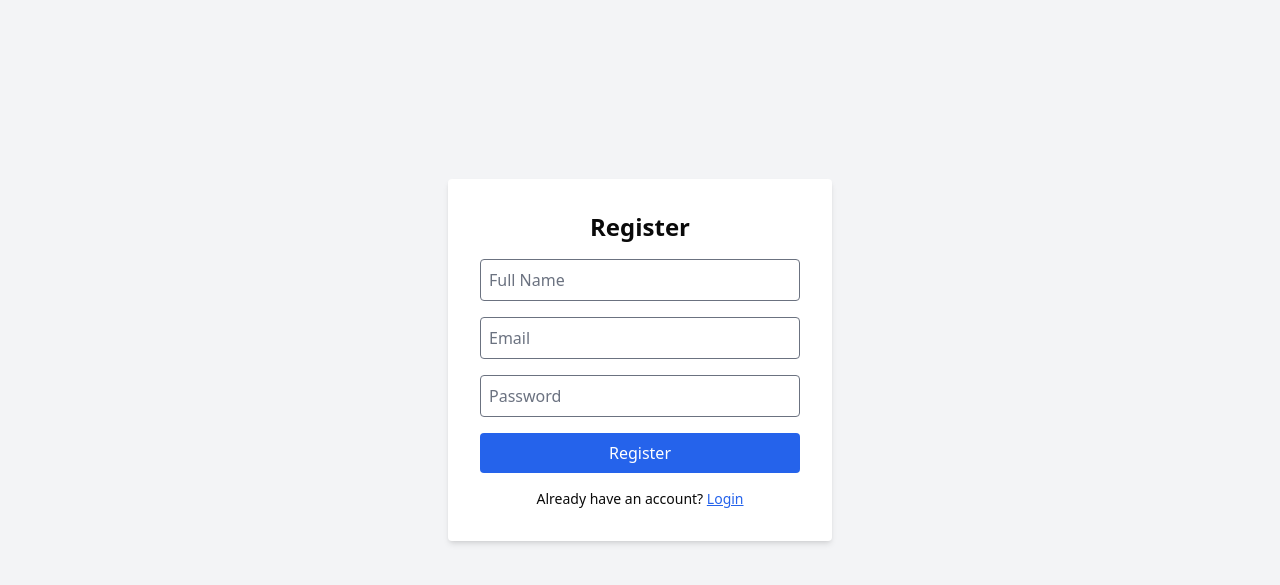
Repository: ruthvik-mt/Trackifi
Page: /register (app in frontend/)
The author's editor kept a copy of each file at every save. The page is drawn from the files as they stood at one save, then again after the next save.
The browser window is 1280 px wide. The pictures show the whole page.
The project was rebuilt for these pictures with package versions that can differ from the ones it lists, and the page was loaded fresh each time. Also part of the build but not shown: frontend/vite.config.ts, frontend/src/hooks/useAuth.ts, frontend/src/pages/Auth/Login.tsx, frontend/src/components/Sidebar.tsx, frontend/src/components/Navbar.tsx, frontend/src/pages/Dashboard/Layout.tsx, frontend/src/pages/Dashboard/Dashboard.tsx, frontend/src/pages/Categories/CategoryForm.tsx and 21 more.

Above is the page before, as saved 2025-07-14 14:38:49.

### frontend/index.html
<!DOCTYPE html>
<html lang="en">
  <head>
    <meta charset="UTF-8" />
    <title>Finance Tracker</title>
  </head>
  <body>
    <div id="root"></div>
    <script type="module" src="/src/main.tsx"></script>
  </body>
</html>

### frontend/src/main.tsx
// import React from "react";
// import ReactDOM from "react-dom/client";
// import App from "./App";
// import "./tailwind.css";

// import { BrowserRouter as Router } from "react-router-dom";
// import { AuthProvider } from "./context/AuthProvider";

// ReactDOM.createRoot(document.getElementById("root")!).render(
//   <React.StrictMode>
//     <Router>
//       <AuthProvider>
//         <App />
//       </AuthProvider>
//     </Router>
//   </React.StrictMode>
// );

import React from "react";
import ReactDOM from "react-dom/client";
import App from "./App";
import "./tailwind.css";
import { AuthProvider } from "./context/AuthProvider";
import { BrowserRouter as Router } from "react-router-dom"; // ✅ Add this

ReactDOM.createRoot(document.getElementById("root")!).render(
  <React.StrictMode>
    <Router> {/* ✅ Wrap everything with Router */}
      <AuthProvider>
        <App />
      </AuthProvider>
    </Router>
  </React.StrictMode>
);

### frontend/src/App.tsx
import { Routes, Route, Navigate } from "react-router-dom";
import Login from "./pages/Auth/Login";
import Register from "./pages/Auth/Register";
import Dashboard from "./pages/Dashboard/Dashboard";
import CategoryList from "./pages/Categories/CategoryList";
import TransactionList from "./pages/Transactions/TransactionList";
import BudgetList from "./pages/Budgets/BudgetList";
import MonthlyTotal from "./pages/Insights/MonthlyTotal";
import CategoryBreakdown from "./pages/Insights/CategoryBreakdown";
import BudgetComparison from "./pages/Insights/BudgetComparison";
import ProtectedRoute from "./components/ProtectedRoute";
import LandingPage from "./pages/LandingPage"; // ✅ Add this import

export default function App() {
  return (
    <Routes>
      {/* Landing Page */}
      <Route path="/" element={<LandingPage />} /> {/* ✅ New route */}

      {/* Auth Routes */}
      <Route path="/login" element={<Login />} />
      <Route path="/register" element={<Register />} />

      {/* Protected Routes */}
      <Route
        path="/dashboard"
        element={
          <ProtectedRoute>
            <Dashboard />
          </ProtectedRoute>
        }
      />
      <Route
        path="/categories"
        element={
          <ProtectedRoute>
            <CategoryList />
          </ProtectedRoute>
        }
      />
      <Route
        path="/transactions"
        element={
          <ProtectedRoute>
            <TransactionList />
          </ProtectedRoute>
        }
      />
      <Route
        path="/budgets"
        element={
          <ProtectedRoute>
            <BudgetList />
          </ProtectedRoute>
        }
      />
      <Route
        path="/insights/monthly-total"
        element={
          <ProtectedRoute>
            <MonthlyTotal />
          </ProtectedRoute>
        }
      />
      <Route
        path="/insights/category-breakdown"
        element={
          <ProtectedRoute>
            <CategoryBreakdown />
          </ProtectedRoute>
        }
      />
      <Route
        path="/insights/budget-comparison"
        element={
          <ProtectedRoute>
            <BudgetComparison />
          </ProtectedRoute>
        }
      />

      {/* Fallback Route */}
      <Route path="*" element={<Navigate to="/" />} /> {/* ✅ Updated from "/login" to "/" */}
    </Routes>
  );
}

### frontend/src/tailwind.css
@tailwind base;
@tailwind components;
@tailwind utilities;

@layer base {
  :root {
    --background: 0 0% 100%;
    --foreground: 0 0% 3.9%;
    --card: 0 0% 100%;
    --card-foreground: 0 0% 3.9%;
    --popover: 0 0% 100%;
    --popover-foreground: 0 0% 3.9%;
    --primary: 0 0% 9%;
    --primary-foreground: 0 0% 98%;
    --secondary: 0 0% 96.1%;
    --secondary-foreground: 0 0% 9%;
    --muted: 0 0% 96.1%;
    --muted-foreground: 0 0% 45.1%;
    --accent: 0 0% 96.1%;
    --accent-foreground: 0 0% 9%;
    --destructive: 0 84.2% 60.2%;
    --destructive-foreground: 0 0% 98%;
    --border: 0 0% 89.8%;
    --input: 0 0% 89.8%;
    --ring: 0 0% 3.9%;
    --chart-1: 12 76% 61%;
    --chart-2: 173 58% 39%;
    --chart-3: 197 37% 24%;
    --chart-4: 43 74% 66%;
    --chart-5: 27 87% 67%;
    --radius: 0.5rem;
  }

  .dark {
    --background: 0 0% 3.9%;
    --foreground: 0 0% 98%;
    --card: 0 0% 3.9%;
    --card-foreground: 0 0% 98%;
    --popover: 0 0% 3.9%;
    --popover-foreground: 0 0% 98%;
    --primary: 0 0% 98%;
    --primary-foreground: 0 0% 9%;
    --secondary: 0 0% 14.9%;
    --secondary-foreground: 0 0% 98%;
    --muted: 0 0% 14.9%;
    --muted-foreground: 0 0% 63.9%;
    --accent: 0 0% 14.9%;
    --accent-foreground: 0 0% 98%;
    --destructive: 0 62.8% 30.6%;
    --destructive-foreground: 0 0% 98%;
    --border: 0 0% 14.9%;
    --input: 0 0% 14.9%;
    --ring: 0 0% 83.1%;
    --chart-1: 220 70% 50%;
    --chart-2: 160 60% 45%;
    --chart-3: 30 80% 55%;
    --chart-4: 280 65% 60%;
    --chart-5: 340 75% 55%;
  }
}

@layer base {
  * {
    @apply border-border;
  }

  html, body {
    @apply bg-background text-foreground antialiased;
    min-height: 100%;
  }
}

### frontend/src/context/AuthProvider.tsx
// import { ReactNode, useCallback, useEffect, useState } from "react";
// import { AuthContext } from "./AuthContext";
// import { User } from "@/types/Auth";
// import { getCurrentUser } from "@/api/user";
// import { useNavigate } from "react-router-dom";

// interface Props {
//   children: ReactNode;
// }

// export const AuthProvider = ({ children }: Props) => {
//   const [token, setToken] = useState<string | null>(() =>
//     localStorage.getItem("token")
//   );
//   const [user, setUser] = useState<User | null>(null);
//   const navigate = useNavigate();

//   const logout = useCallback(() => {
//     localStorage.removeItem("token");
//     setToken(null);
//     setUser(null);
//     navigate("/login");
//   }, [navigate]);

//   const fetchUser = useCallback(async () => {
//     try {
//       const userData = await getCurrentUser();
//       setUser(userData);
//     } catch (err) {
//       console.error("Failed to fetch user:", err);
//       logout();
//     }
//   }, [logout]);

//   const login = useCallback(
//     (newToken: string) => {
//       localStorage.setItem("token", newToken);
//       setToken(newToken);
//       fetchUser();
//     },
//     [fetchUser]
//   );

//   useEffect(() => {
//     if (token) {
//       fetchUser();
//     }
//   }, [token, fetchUser]);

//   return (
//     <AuthContext.Provider value={{ token, user, login, logout }}>
//       {children}
//     </AuthContext.Provider>
//   );
// };

import { useState, useEffect } from "react";
import { AuthContext } from "./AuthContext";
import axios from "../axios";

export const AuthProvider = ({ children }: { children: React.ReactNode }) => {
  const [token, setToken] = useState<string | null>(() => localStorage.getItem("token"));

  // Set Authorization header on load (if token exists)
  useEffect(() => {
    if (token) {
      axios.defaults.headers.common["Authorization"] = `Bearer ${token}`;
    }
  }, [token]);

  const login = async (email: string, password: string) => {
    const res = await axios.post("/api/auth/login", { email, password });
    const jwt = res.data.token;

    setToken(jwt);
    localStorage.setItem("token", jwt);
    axios.defaults.headers.common["Authorization"] = `Bearer ${jwt}`; // ✅ set globally
  };

  const logout = () => {
    setToken(null);
    localStorage.removeItem("token");
    delete axios.defaults.headers.common["Authorization"]; // ✅ remove on logout
  };

  return (
    <AuthContext.Provider value={{ token, login, logout }}>
      {children}
    </AuthContext.Provider>
  );
};

### frontend/src/pages/Auth/Register.tsx
// import { useState } from "react";
// import { register } from "@/api/auth";
// import { useNavigate } from "react-router-dom";
// import FormInput from "@/components/FormInput";
// import axios from "axios";

// const Register = () => {
//   const [fullName, setFullName] = useState(""); // ✅ Match backend field
//   const [email, setEmail] = useState("");
//   const [password, setPassword] = useState("");
//   const navigate = useNavigate();

//   const handleSubmit = async (e: React.FormEvent) => {
//     e.preventDefault();

//     try {
//       await register({ fullName, email, password }); // ✅ backend expects fullName
//       alert("Registration successful! Please log in.");
//       navigate("/login");
//     } catch (err: unknown) {
//       if (axios.isAxiosError(err)) {
//         alert(err.response?.data?.message || "Registration failed");
//       } else {
//         alert("Unexpected error occurred");
//       }
//       console.error("Registration error:", err);
//     }
//   };

//   return (
//     <div className="max-w-sm mx-auto mt-20 bg-white p-6 rounded shadow">
//       <h2 className="text-2xl font-bold mb-4">Register</h2>
//       <form onSubmit={handleSubmit}>
//         <FormInput label="Full Name" type="text" value={fullName} onChange={setFullName} />
//         <FormInput label="Email" type="email" value={email} onChange={setEmail} />
//         <FormInput label="Password" type="password" value={password} onChange={setPassword} />
//         <button
//           type="submit"
//           className="bg-green-600 text-white w-full py-2 rounded mt-4"
//         >
//           Register
//         </button>
//       </form>
//     </div>
//   );
// };

// export default Register;


import { useState } from "react";
import { useNavigate } from "react-router-dom";
import axios from "../../axios";

export default function Register() {
  const [fullName, setFullName] = useState("");
  const [email, setEmail] = useState("");
  const [password, setPassword] = useState("");
  const [error, setError] = useState("");
  const navigate = useNavigate();

  const handleSubmit = async (e: React.FormEvent) => {
    e.preventDefault();
    setError("");

    try {
      await axios.post("/api/auth/register", {
        fullName,  // ✅ this must match the backend DTO
        email,
        password,
      });
      navigate("/login");
    } catch {
      setError("Something went wrong. Try again.");
    }
  };

  return (
    <div className="min-h-screen flex items-center justify-center bg-gray-100">
      <form
        onSubmit={handleSubmit}
        className="bg-white p-8 rounded shadow-md w-full max-w-sm space-y-4"
      >
        <h2 className="text-2xl font-bold text-center">Register</h2>

        <input
          className="w-full p-2 border rounded"
          placeholder="Full Name"
          value={fullName}
          onChange={(e) => setFullName(e.target.value)}
          type="text"
          required
        />

        <input
          className="w-full p-2 border rounded"
          placeholder="Email"
          value={email}
          onChange={(e) => setEmail(e.target.value)}
          type="email"
          required
        />

        <input
          className="w-full p-2 border rounded"
          placeholder="Password"
          value={password}
          onChange={(e) => setPassword(e.target.value)}
          type="password"
          required
        />

        {error && <p className="text-red-500">{error}</p>}

        <button
          className="w-full bg-blue-600 text-white py-2 rounded hover:bg-blue-700"
          type="submit"
        >
          Register
        </button>

        <p className="text-sm text-center">
          Already have an account?{" "}
          <a href="/login" className="text-blue-600 underline">
            Login
          </a>
        </p>
      </form>
    </div>
  );
}

### frontend/src/context/AuthContext.tsx
// import { createContext } from "react";
// import { User } from "@/types/Auth";

// export interface AuthContextType {
//   token: string | null;
//   user: User | null;
//   login: (token: string) => void;
//   logout: () => void;
// }

// export const AuthContext = createContext<AuthContextType>({
//   token: null,
//   user: null,
//   login: () => {},
//   logout: () => {},
// });

// src/context/AuthContext.ts
import { createContext } from "react";

export interface AuthContextType {
  token: string | null;
  login: (email: string, password: string) => Promise<void>;
  logout: () => void;
}

export const AuthContext = createContext<AuthContextType>(
  {} as AuthContextType // ✅ Safe for use without null-checks
);

### frontend/src/axios.ts
// // src/axios.ts
// import axios from "axios";

// const axiosInstance = axios.create({
//   baseURL: "http://localhost:8080/api",
// });

// axiosInstance.interceptors.request.use((config) => {
//   const token = localStorage.getItem("token");
//   if (token && config.headers) {
//     config.headers.Authorization = `Bearer ${token}`;
//   }
//   return config;
// });

// export default axiosInstance;

// src/axios.ts
// src/axios.ts
import axios from "axios";

const instance = axios.create({
  baseURL: "", // <-- frontend sends /api/... and Vite handles the proxy
  headers: {
    "Content-Type": "application/json",
  },
});

instance.interceptors.request.use((config) => {
  const token = localStorage.getItem("token");
  if (token) {
    config.headers = config.headers || {};
    config.headers["Authorization"] = `Bearer ${token}`;
  }
  return config;
});

export default instance;

### frontend/tailwind.config.js
/** @type {import('tailwindcss').Config} */
module.exports = {
  darkMode: ["class"],

  content: [
    "./index.html",
    "./src/**/*.{js,ts,jsx,tsx}",
  ],

  theme: {
    container: {
      center: true,
      padding: "1rem",
      screens: {
        sm: "100%",
        md: "768px",
        lg: "1024px",
        xl: "1280px",
      },
    },

    extend: {
      borderRadius: {
        lg: 'var(--radius)',
        md: 'calc(var(--radius) - 2px)',
        sm: 'calc(var(--radius) - 4px)',
      },
      colors: {
        background: 'hsl(var(--background) / <alpha-value>)',
        foreground: 'hsl(var(--foreground) / <alpha-value>)',
        card: {
          DEFAULT: 'hsl(var(--card) / <alpha-value>)',
          foreground: 'hsl(var(--card-foreground) / <alpha-value>)'
        },
        popover: {
          DEFAULT: 'hsl(var(--popover) / <alpha-value>)',
          foreground: 'hsl(var(--popover-foreground) / <alpha-value>)'
        },
        primary: {
          DEFAULT: 'hsl(var(--primary) / <alpha-value>)',
          foreground: 'hsl(var(--primary-foreground) / <alpha-value>)'
        },
        secondary: {
          DEFAULT: 'hsl(var(--secondary) / <alpha-value>)',
          foreground: 'hsl(var(--secondary-foreground) / <alpha-value>)'
        },
        muted: {
          DEFAULT: 'hsl(var(--muted) / <alpha-value>)',
          foreground: 'hsl(var(--muted-foreground) / <alpha-value>)'
        },
        accent: {
          DEFAULT: 'hsl(var(--accent) / <alpha-value>)',
          foreground: 'hsl(var(--accent-foreground) / <alpha-value>)'
        },
        destructive: {
          DEFAULT: 'hsl(var(--destructive) / <alpha-value>)',
          foreground: 'hsl(var(--destructive-foreground) / <alpha-value>)'
        },
        border: 'hsl(var(--border) / <alpha-value>)',
        input: 'hsl(var(--input) / <alpha-value>)',
        ring: 'hsl(var(--ring) / <alpha-value>)',
        chart: {
          '1': 'hsl(var(--chart-1) / <alpha-value>)',
          '2': 'hsl(var(--chart-2) / <alpha-value>)',
          '3': 'hsl(var(--chart-3) / <alpha-value>)',
          '4': 'hsl(var(--chart-4) / <alpha-value>)',
          '5': 'hsl(var(--chart-5) / <alpha-value>)'
        }
      },
      screens: {
        xs: "480px",
        sm: "640px",
        md: "768px",
        lg: "1024px",
        xl: "1280px",
        "2xl": "1536px"
      }
    }
  },

  plugins: [
    require("tailwindcss-animate"),
    require("@tailwindcss/forms"),
    require("@tailwindcss/typography"),
  ],
};

After the next save:
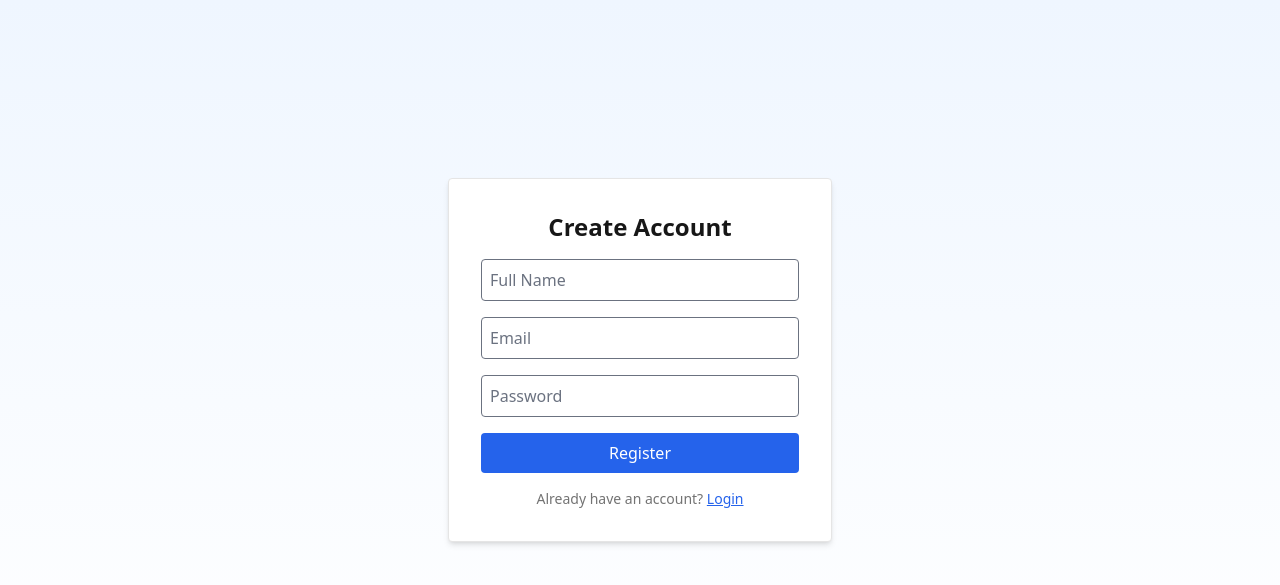
Saved 2 min 6 s later.
--- a/frontend/src/pages/Auth/Register.tsx
+++ b/frontend/src/pages/Auth/Register.tsx
@@ -1,56 +1,7 @@
-// import { useState } from "react";
-// import { register } from "@/api/auth";
-// import { useNavigate } from "react-router-dom";
-// import FormInput from "@/components/FormInput";
-// import axios from "axios";
-
-// const Register = () => {
-//   const [fullName, setFullName] = useState(""); // ✅ Match backend field
-//   const [email, setEmail] = useState("");
-//   const [password, setPassword] = useState("");
-//   const navigate = useNavigate();
-
-//   const handleSubmit = async (e: React.FormEvent) => {
-//     e.preventDefault();
-
-//     try {
-//       await register({ fullName, email, password }); // ✅ backend expects fullName
-//       alert("Registration successful! Please log in.");
-//       navigate("/login");
-//     } catch (err: unknown) {
-//       if (axios.isAxiosError(err)) {
-//         alert(err.response?.data?.message || "Registration failed");
-//       } else {
-//         alert("Unexpected error occurred");
-//       }
-//       console.error("Registration error:", err);
-//     }
-//   };
-
-//   return (
-//     <div className="max-w-sm mx-auto mt-20 bg-white p-6 rounded shadow">
-//       <h2 className="text-2xl font-bold mb-4">Register</h2>
-//       <form onSubmit={handleSubmit}>
-//         <FormInput label="Full Name" type="text" value={fullName} onChange={setFullName} />
-//         <FormInput label="Email" type="email" value={email} onChange={setEmail} />
-//         <FormInput label="Password" type="password" value={password} onChange={setPassword} />
-//         <button
-//           type="submit"
-//           className="bg-green-600 text-white w-full py-2 rounded mt-4"
-//         >
-//           Register
-//         </button>
-//       </form>
-//     </div>
-//   );
-// };
-
-// export default Register;
-
-
 import { useState } from "react";
-import { useNavigate } from "react-router-dom";
+import { useNavigate, Link } from "react-router-dom";
 import axios from "../../axios";
+import { motion } from "framer-motion";
 
 export default function Register() {
   const [fullName, setFullName] = useState("");
@@ -65,26 +16,35 @@ export default function Register() {
 
     try {
       await axios.post("/api/auth/register", {
-        fullName,  // ✅ this must match the backend DTO
+        fullName,
         email,
         password,
       });
       navigate("/login");
-    } catch {
-      setError("Something went wrong. Try again.");
+    } catch (err: unknown) {
+      if (axios.isAxiosError(err)) {
+        setError(
+          err.response?.data?.message || "Registration failed. Try again."
+        );
+      } else {
+        setError("Something went wrong. Please try again.");
+      }
     }
   };
 
   return (
-    <div className="min-h-screen flex items-center justify-center bg-gray-100">
-      <form
+    <div className="min-h-screen flex items-center justify-center bg-gradient-to-b from-blue-50 to-white dark:from-gray-900 dark:to-gray-950">
+      <motion.form
         onSubmit={handleSubmit}
-        className="bg-white p-8 rounded shadow-md w-full max-w-sm space-y-4"
+        className="bg-white dark:bg-gray-900 p-8 rounded shadow-md w-full max-w-sm space-y-4 border"
+        initial={{ opacity: 0, y: 30 }}
+        animate={{ opacity: 1, y: 0 }}
+        transition={{ duration: 0.5 }}
       >
-        <h2 className="text-2xl font-bold text-center">Register</h2>
+        <h2 className="text-2xl font-bold text-center text-primary">Create Account</h2>
 
         <input
-          className="w-full p-2 border rounded"
+          className="w-full p-2 border rounded bg-background text-foreground"
           placeholder="Full Name"
           value={fullName}
           onChange={(e) => setFullName(e.target.value)}
@@ -93,7 +53,7 @@ export default function Register() {
         />
 
         <input
-          className="w-full p-2 border rounded"
+          className="w-full p-2 border rounded bg-background text-foreground"
           placeholder="Email"
           value={email}
           onChange={(e) => setEmail(e.target.value)}
@@ -102,7 +62,7 @@ export default function Register() {
         />
 
         <input
-          className="w-full p-2 border rounded"
+          className="w-full p-2 border rounded bg-background text-foreground"
           placeholder="Password"
           value={password}
           onChange={(e) => setPassword(e.target.value)}
@@ -110,22 +70,22 @@ export default function Register() {
           required
         />
 
-        {error && <p className="text-red-500">{error}</p>}
+        {error && <p className="text-red-500 text-sm">{error}</p>}
 
         <button
-          className="w-full bg-blue-600 text-white py-2 rounded hover:bg-blue-700"
+          className="w-full bg-blue-600 text-white py-2 rounded hover:bg-blue-700 transition"
           type="submit"
         >
           Register
         </button>
 
-        <p className="text-sm text-center">
+        <p className="text-sm text-center text-muted-foreground">
           Already have an account?{" "}
-          <a href="/login" className="text-blue-600 underline">
+          <Link to="/login" className="text-blue-600 underline">
             Login
-          </a>
+          </Link>
         </p>
-      </form>
+      </motion.form>
     </div>
   );
 }
